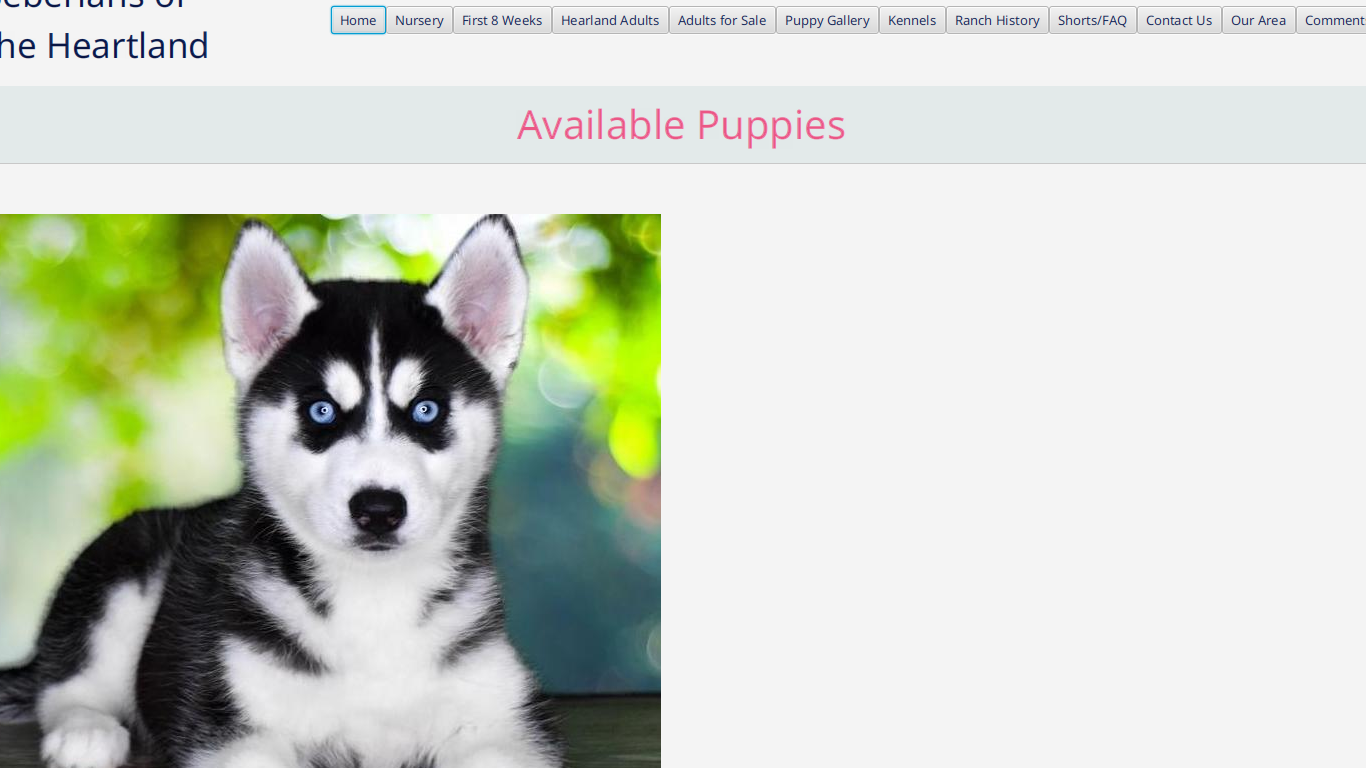
Repository: Cnibungco/CS2450
Program's window: java Assignment4/src/Nursery.java
The author's editor kept a copy of each file at every save. The program's window is drawn from the files as they stood at one save, then again after the next save.
It runs on Java 21 on a 1366 x 768 screen with JavaFX 11; the title bar is not drawn. Parts beyond the screen are cut off. It also reads Assignment4/Pictures/dog1.jpg.

Above is the program's window before, as saved 2019-04-28 20:53:42.

### Assignment4/src/Nursery.java
import javafx.application.Application;
import javafx.geometry.Insets;
import javafx.geometry.Pos;
import javafx.scene.Scene;
import javafx.stage.Stage;

import javafx.scene.layout.HBox;
import javafx.scene.layout.VBox;
import javafx.scene.text.Font;
import javafx.scene.text.Text;
import javafx.scene.control.Label;
import javafx.scene.control.ScrollPane;
import javafx.scene.image.Image;
import javafx.scene.image.ImageView;
import javafx.scene.control.Button;


public class Nursery extends Application {

	public static void main(String[] args) {
		// TODO Auto-generated method stub
		launch(args);

	}

	@Override
	public void start(Stage primaryStage) throws Exception {
		// TODO Auto-generated method stub


		Label addressLabel = new Label("24083 SD HWY 50 CHAMBERLAIN, SD, 57325");
		addressLabel.setStyle("-fx-text-fill: white");
		Label emailLabel = new Label("mkwessel@hotmail.com");
		emailLabel.setStyle("-fx-text-fill: white");
		Label phoneLabel = new Label("1-605-680-3097");
		phoneLabel.setStyle("-fx-text-fill: white");

		HBox header1 = new HBox(20, phoneLabel, emailLabel, addressLabel);
		header1.setPadding(new Insets(10));
		header1.setAlignment(Pos.TOP_RIGHT);
		header1.setStyle("-fx-background-color:#7cbcbb");


		Label name1 = new Label("Seberians of");
		name1.setStyle("-fx-font-size:35; -fx-text-fill:#14265b");
		Label name2 = new Label("the Heartland");
		name2.setStyle("-fx-font-size:35; -fx-text-fill:#14265b");
		VBox nameVBox = new VBox(name1, name2);

		Button homeButton = new Button("Home");
		homeButton.setStyle("-fx-text-fill:#14265b");
		Button nurseryButton = new Button("Nursery");
		nurseryButton.setStyle("-fx-text-fill:#14265b");
		Button first8WeeksButton = new Button("First 8 Weeks");
		first8WeeksButton.setStyle("-fx-text-fill:#14265b");
		Button heartlandAdultsButton = new Button("Hearland Adults");
		heartlandAdultsButton.setStyle("-fx-text-fill:#14265b");
		Button adultsForSaleButton = new Button("Adults for Sale");
		adultsForSaleButton.setStyle("-fx-text-fill:#14265b");
		Button puppyGaleeryButton = new Button("Puppy Gallery");
		puppyGaleeryButton.setStyle("-fx-text-fill:#14265b");
		Button kennelsButton = new Button("Kennels");
		kennelsButton.setStyle("-fx-text-fill:#14265b");
		Button ranchHistoryButton = new Button("Ranch History");
		ranchHistoryButton.setStyle("-fx-text-fill:#14265b");
		Button shotsFAQButton = new Button("Shorts/FAQ");
		shotsFAQButton.setStyle("-fx-text-fill:#14265b");
		Button contactButton = new Button("Contact Us");
		contactButton.setStyle("-fx-text-fill:#14265b");
		Button ourArea = new Button("Our Area");
		ourArea.setStyle("-fx-text-fill:#14265b");
		Button commnetsButton = new Button("Comments");
		commnetsButton.setStyle("-fx-text-fill:#14265b");

		HBox tabHBox = new HBox(homeButton, nurseryButton, first8WeeksButton, heartlandAdultsButton, adultsForSaleButton, puppyGaleeryButton, kennelsButton, ranchHistoryButton, shotsFAQButton, contactButton, ourArea, commnetsButton);
		tabHBox.setAlignment(Pos.CENTER_RIGHT);

		HBox header2 = new HBox (120, nameVBox, tabHBox);
		header2.setPadding(new Insets(15));

		Label availablePuppies = new Label("Available Puppies");
		availablePuppies.setStyle("-fx-font-size:40; -fx-text-fill:#ef709b");
		HBox availablePuppiesHBox = new HBox(availablePuppies);
		availablePuppiesHBox.setStyle("-fx-background-color:#e3eaea");
		availablePuppiesHBox.setAlignment(Pos.CENTER);
		availablePuppiesHBox.setPadding(new Insets(10));


		Image dog1Image = new Image("file:Pictures/dog1.jpg");
		ImageView dog1ImageView = new ImageView(dog1Image);

		Label goldenRetreverLabel = new Label("Golden Retriever (Jason)");
		goldenRetreverLabel.setStyle("-fx-font-size:35; -fx-text-fill:#6eb7e5");
		//goldenRetreverLabel.setFont(new Font(50));
		Text dog1Description = new Text("A symmetrical, powerful, active dog, sound and well put together, not clumsy \nnor long in the leg, displaying a kindly expression and possessing a \npersonality that is eager, alert and self-confident. Primarily a hunting dog, he\nshould be shown in hard working condition. Overall appearance, balance, gait \nand purpose to be given more emphasis than any of his component parts. \nFaults–Any departure from the described ideal shall be considered faulty to\nthe degree to which it interferes with the breed’s purpose or is contrary to\nbreed character.");
		dog1Description.setFont(new Font(20));


		Text dog1NationalCity = new Text("Name :\tJason\nAge :\t8 Week\nBreed :\tGolden Retriever\nDOB :\t02-18-2019\nWeight :\nGender :\tMale\nID :\t\t8667N");
		dog1NationalCity.setStyle("-fx-font-size:20");

		Button dog1RequestButton = new Button("My Puppy Request Now!");
		dog1RequestButton.setMinWidth(400);
		//dog1RequestButton.setStyle("-fx-background-color:#3da8ce");

		VBox dog1NationalCityVBox = new VBox(dog1NationalCity);
		dog1NationalCityVBox.setPadding(new Insets(10));
		dog1NationalCityVBox.setStyle("-fx-background-color:#dee9ed");

		VBox dog1DesVBox = new VBox(20, goldenRetreverLabel, dog1Description,dog1NationalCityVBox, dog1RequestButton);

		HBox dog1HBox = new HBox(20, dog1ImageView, dog1DesVBox);
		dog1HBox.setPadding(new Insets(20));

		Image dog2Image = new Image("file:Pictures/dog1.jpg");
		ImageView dog2ImageView = new ImageView(dog1Image);

		Label goldenRetrever2Label = new Label("Golden Retriever (Jason)");
		goldenRetreverLabel.setStyle("-fx-font-size:35; -fx-text-fill:#6eb7e5");
		//goldenRetreverLabel.setFont(new Font(50));
		Text dog2Description = new Text("A symmetrical, powerful, active dog, sound and well put together, not clumsy \nnor long in the leg, displaying a kindly expression and possessing a \npersonality that is eager, alert and self-confident. Primarily a hunting dog, he\nshould be shown in hard working condition. Overall appearance, balance, gait \nand purpose to be given more emphasis than any of his component parts. \nFaults–Any departure from the described ideal shall be considered faulty to\nthe degree to which it interferes with the breed’s purpose or is contrary to\nbreed character.");
		dog1Description.setFont(new Font(20));


		Text dog2NationalCity = new Text("Name :\tJason\nAge :\t8 Week\nBreed :\tGolden Retriever\nDOB :\t02-18-2019\nWeight :\nGender :\tMale\nID :\t\t8667N");
		dog1NationalCity.setStyle("-fx-font-size:20");

		Button dog2RequestButton = new Button("My Puppy Request Now!");
		dog1RequestButton.setMinWidth(400);
		//dog1RequestButton.setStyle("-fx-background-color:#3da8ce");

		VBox dog2NationalCityVBox = new VBox(dog1NationalCity);
		dog1NationalCityVBox.setPadding(new Insets(10));
		dog1NationalCityVBox.setStyle("-fx-background-color:#dee9ed");

		VBox dog2DesVBox = new VBox(20, goldenRetreverLabel, dog1Description,dog1NationalCityVBox, dog1RequestButton);

		HBox dog2HBox = new HBox(20, dog1ImageView, dog1DesVBox);
		dog1HBox.setPadding(new Insets(20));


		VBox bodyVBox = new VBox(10, dog1HBox, dog2HBox);

		ScrollPane scrollPane = new ScrollPane(bodyVBox);
		scrollPane.setFitToHeight(true);

		VBox vbox = new VBox(header1, header2, availablePuppiesHBox, scrollPane);
		scrollPane.setFitToHeight(true);
		Scene scene = new Scene(vbox);
		primaryStage.setScene(scene);
		primaryStage.show();


	}

}

After the next save:
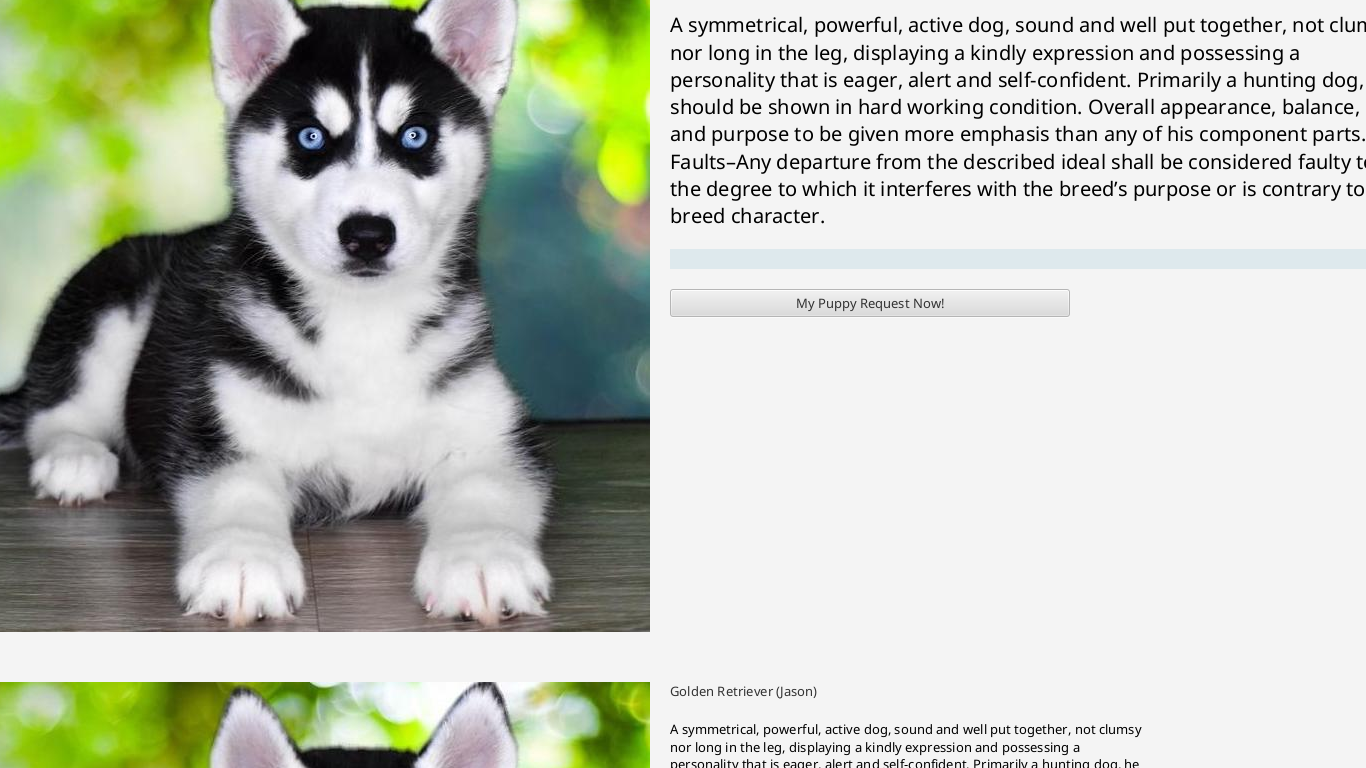
Saved 2 min 28 s later.
--- a/Assignment4/src/Nursery.java
+++ b/Assignment4/src/Nursery.java
@@ -112,8 +112,9 @@
 		HBox dog1HBox = new HBox(20, dog1ImageView, dog1DesVBox);
 		dog1HBox.setPadding(new Insets(20));
 
+
 		Image dog2Image = new Image("file:Pictures/dog1.jpg");
-		ImageView dog2ImageView = new ImageView(dog1Image);
+		ImageView dog2ImageView = new ImageView(dog2Image);
 
 		Label goldenRetrever2Label = new Label("Golden Retriever (Jason)");
 		goldenRetreverLabel.setStyle("-fx-font-size:35; -fx-text-fill:#6eb7e5");
@@ -123,20 +124,20 @@
 
 
 		Text dog2NationalCity = new Text("Name :\tJason\nAge :\t8 Week\nBreed :\tGolden Retriever\nDOB :\t02-18-2019\nWeight :\nGender :\tMale\nID :\t\t8667N");
-		dog1NationalCity.setStyle("-fx-font-size:20");
+		dog2NationalCity.setStyle("-fx-font-size:20");
 
 		Button dog2RequestButton = new Button("My Puppy Request Now!");
-		dog1RequestButton.setMinWidth(400);
+		dog2RequestButton.setMinWidth(400);
 		//dog1RequestButton.setStyle("-fx-background-color:#3da8ce");
 
 		VBox dog2NationalCityVBox = new VBox(dog1NationalCity);
 		dog1NationalCityVBox.setPadding(new Insets(10));
 		dog1NationalCityVBox.setStyle("-fx-background-color:#dee9ed");
 
-		VBox dog2DesVBox = new VBox(20, goldenRetreverLabel, dog1Description,dog1NationalCityVBox, dog1RequestButton);
+		VBox dog2DesVBox = new VBox(20, goldenRetrever2Label, dog2Description,dog2NationalCityVBox, dog2RequestButton);
 
-		HBox dog2HBox = new HBox(20, dog1ImageView, dog1DesVBox);
-		dog1HBox.setPadding(new Insets(20));
+		HBox dog2HBox = new HBox(20, dog2ImageView, dog2DesVBox);
+		dog2HBox.setPadding(new Insets(20));
 
 
 		VBox bodyVBox = new VBox(10, dog1HBox, dog2HBox);
